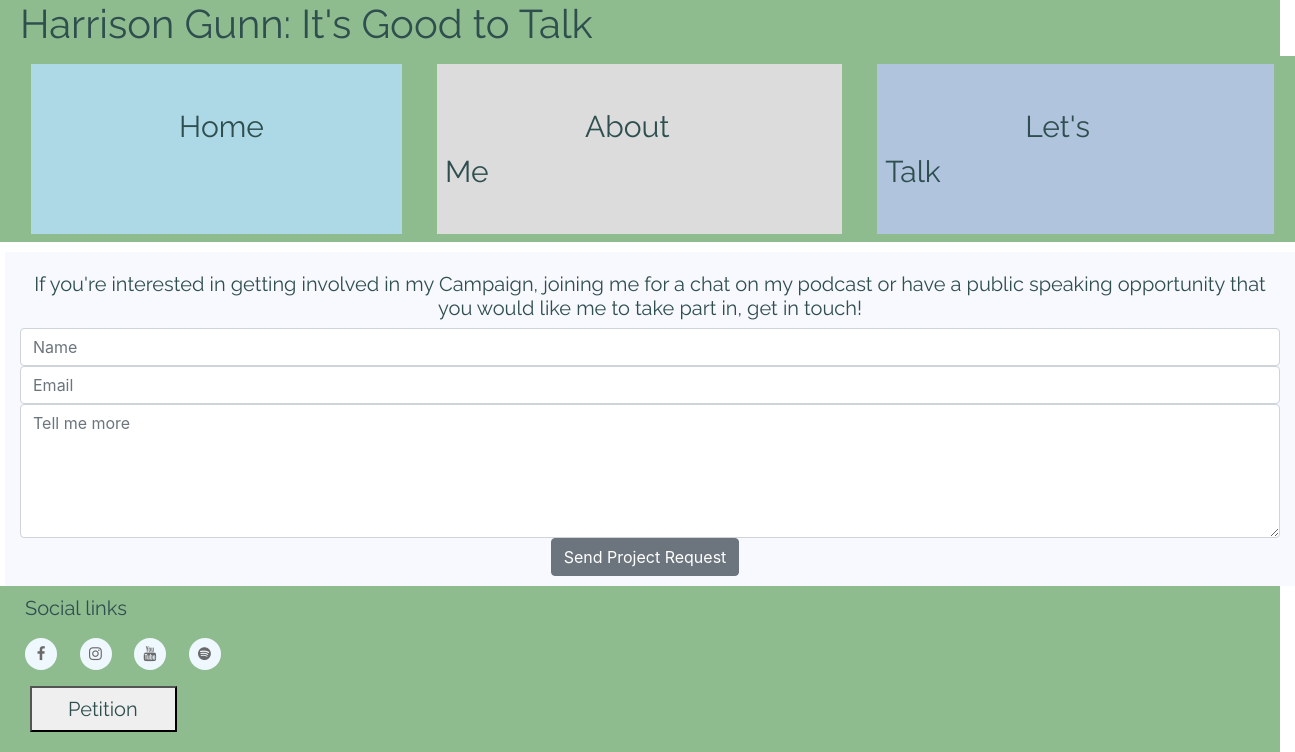
Repository: Leannald13/mile-stone-project-html
Page: contact.html
The author's editor kept a record of every edit. The page is drawn from the files as they stood at one moment, then again after the next edit.
The browser window is 1280 px wide. The page is 1295 px wide, so the pictures cover 1295 px, including what lies to the right of the window. The pictures show the part of the page from y = 500 to 1252 px (the page is 1252 px tall).

Above is the page before.

After the next edit:
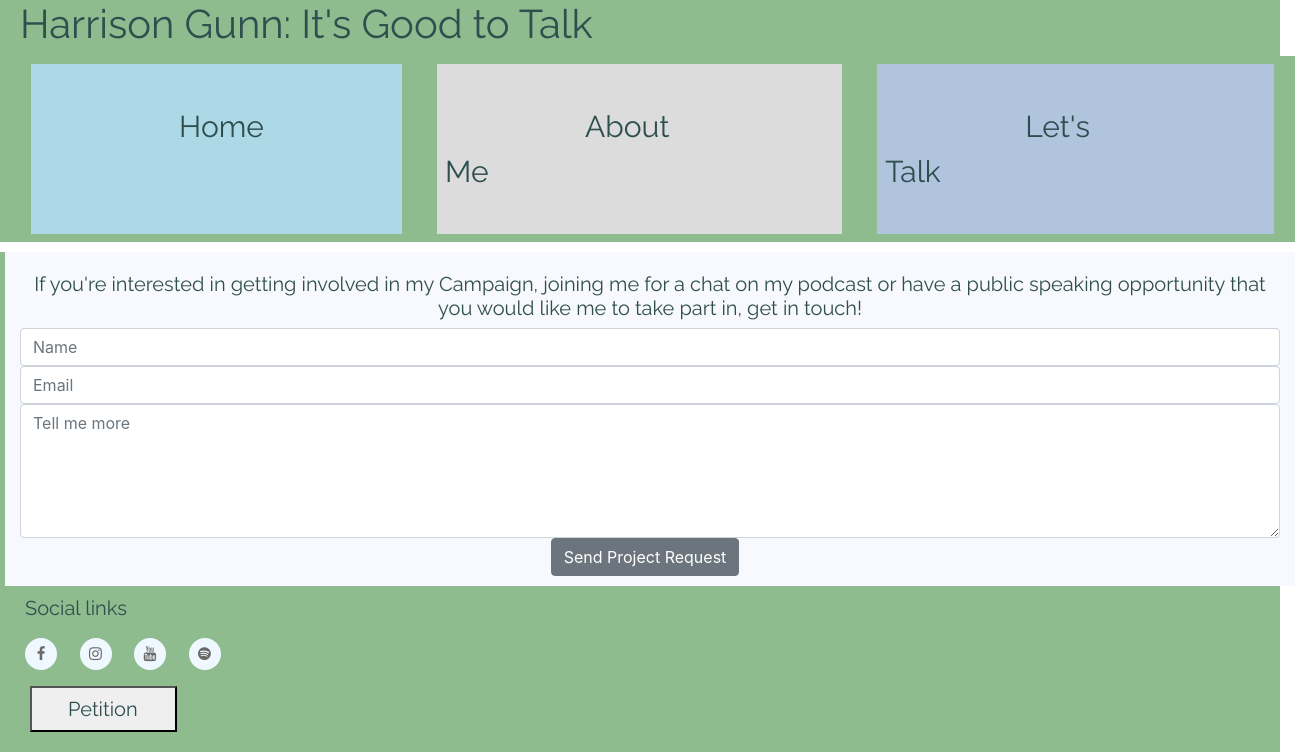
The edit:
--- a/contact.html
+++ b/contact.html
@@ -48,7 +48,7 @@
                     </div
                     </nav>
     </header>
-    <section ="container-fluid">
+    <section class="container-fluid">
         <div class="row bg-color-contact">
             <div class="col">
                 <h5 class="uppercase text-center">If you're interested in getting involved in my Campaign, joining me for a chat on my podcast or have a public speaking opportunity that you would like me to take part in, get in touch!</h5>
